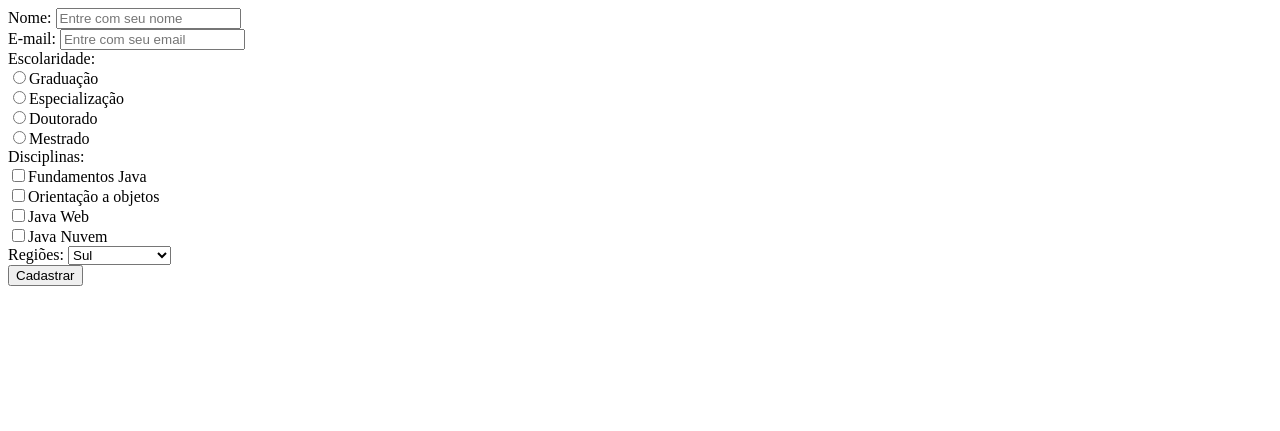
Repository: luizlav001/AT_Java_Web
Page: TP1_JavaWeb/WebContent/home.html
These files come from the project's save history. The page is drawn as it stood at one moment and after the next save; the edit follows.
The browser window is 1280 px wide. The pictures show the whole page.

Above is the page before, as saved 2021-10-23 15:15:28.

### TP1_JavaWeb/WebContent/home.html
<!DOCTYPE html>
<html>
<head>
<meta charset="ISO-8859-1">
<title>Insert title here</title>
</head>
<body>

	<div class="container">
		<form action="confirmacao.html" method="post">
			<div class="form-group">
				<label>Nome:</label>
				<input type="text" class="form-control" placeholder="Entre com seu nome" name="name">
			</div>

			<div class="form-group">
				<label>E-mail:</label>
				<input type="email"class="form-control" placeholder="Entre com seu email"name="email">
			</div>

			<div class="form-group">
				<label>Escolaridade:</label>
				<div class="form-check-inline">
				  <label class="form-check-label">
				   <input type="radio" name="escolaridade" class="form-check-input" value="G">Graduação
				  </label>
				</div>

				<div class="form-check-inline">
				  <label class="form-check-label">
				   <input type="radio" name="escolaridade" class="form-check-input" value="E">Especialização
				  </label>
				</div>

				<div class="form-check-inline">
				  <label class="form-check-label">
				   <input type="radio" name="escolaridade" class="form-check-input" value="D">Doutorado
				  </label>
				</div>

				<div class="form-check-inline">
				  <label class="form-check-label">
				   <input type="radio" name="escolaridade" class="form-check-input" value="M">Mestrado
				  </label>
				</div>
			</div>

			<div class="form-group">
					<label>Disciplinas:</label>
				<div class="form-check-inline">
				  <label class="form-check-label">
				   <input type="checkbox" name="disciplinas" class="form-check-input" value="Fun">Fundamentos Java
				  </label>
				</div>

				<div class="form-check-inline">
				  <label class="form-check-label">
				   <input type="checkbox" name="disciplinas" class="form-check-input" value="POO">Orientação a objetos
				  </label>
				</div>

				<div class="form-check-inline">
				  <label class="form-check-label">
				   <input type="checkbox" name="disciplinas" class="form-check-input" value="Web">Java Web
				  </label>
				</div>

				<div class="form-check-inline">
				  <label class="form-check-label">
				   <input type="checkbox" name="disciplinas" class="form-check-input" value="Nuvem">Java Nuvem
				  </label>
				</div>
			</div>

			<div class="form-group">
				<label>Regiões:</label>
					<select class="form-control" name="regiao">
						<option value="S">Sul</option>
						<option value="Su">Sudeste</option>
						<option value="N">Norte</option>
						<option value="No">Nordeste</option>
						<option value="C">Centro-Oeste</option>
					</select>
			</div>
					<button class="btn btn-primary" type="submit">Cadastrar</button></form>
	</div>
</body>
</html>

After the next save:
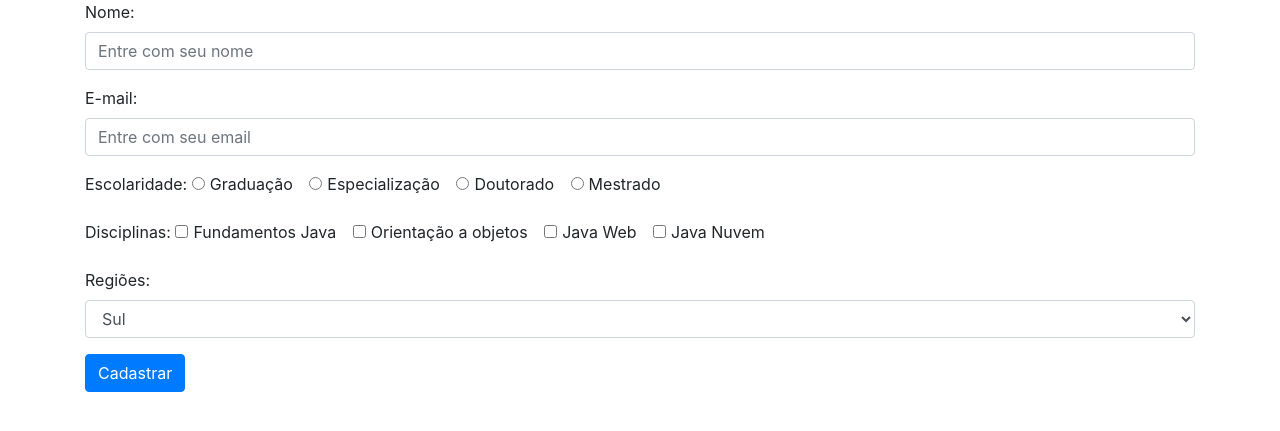
Saved 36 s later.
--- a/TP1_JavaWeb/WebContent/home.html
+++ b/TP1_JavaWeb/WebContent/home.html
@@ -3,6 +3,7 @@
 <head>
 <meta charset="ISO-8859-1">
 <title>Insert title here</title>
+<link rel="stylesheet" href="https://maxcdn.bootstrapcdn.com/bootstrap/4.5.2/css/bootstrap.min.css">
 </head>
 <body>
 
